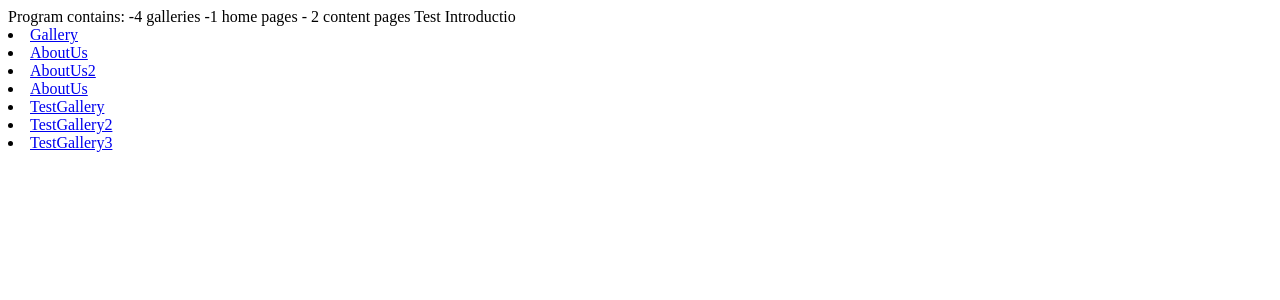
Repository: TheJot/MDEProject
Page: http://localhost/src-gen/aboutus.php
An editor plug-in stored every save of this project. The page is shown before and after the next save, followed by the edit.
The browser window is 1280 px wide. The pictures show the whole page.
The page is run by PHP 8.4 with error messages shown; the project is at /var/www/html/.

Above is the page before, as saved 2021-07-02 06:35:34.

After the next save:
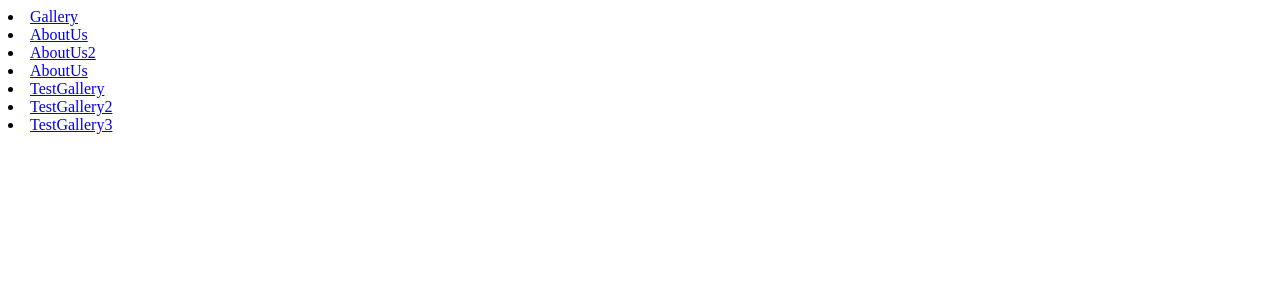
Saved 2 min 20 s later.
--- a/runtimeEclipse/TestGenerateMe/src-gen/AboutUs.php
+++ b/runtimeEclipse/TestGenerateMe/src-gen/AboutUs.php
@@ -1,13 +1,7 @@
-Program contains:
-		-4 galleries
-		-1 home pages
-		- 2 content pages
-		Test Introductio
-
-		<li><a href="Gallery.php">Gallery</a></li>
-		<li><a href="AboutUs.php">AboutUs</a></li>
-		<li><a href="AboutUs2.php">AboutUs2</a></li>
-		<li><a href="AboutUs.php">AboutUs</a></li>
-		<li><a href="TestGallery.php">TestGallery</a></li>
-		<li><a href="TestGallery2.php">TestGallery2</a></li>
-		<li><a href="TestGallery3.php">TestGallery3</a></li>
+<li><a href="Gallery.php">Gallery</a></li>
+<li><a href="AboutUs.php">AboutUs</a></li>
+<li><a href="AboutUs2.php">AboutUs2</a></li>
+<li><a href="AboutUs.php">AboutUs</a></li>
+<li><a href="TestGallery.php">TestGallery</a></li>
+<li><a href="TestGallery2.php">TestGallery2</a></li>
+<li><a href="TestGallery3.php">TestGallery3</a></li>
